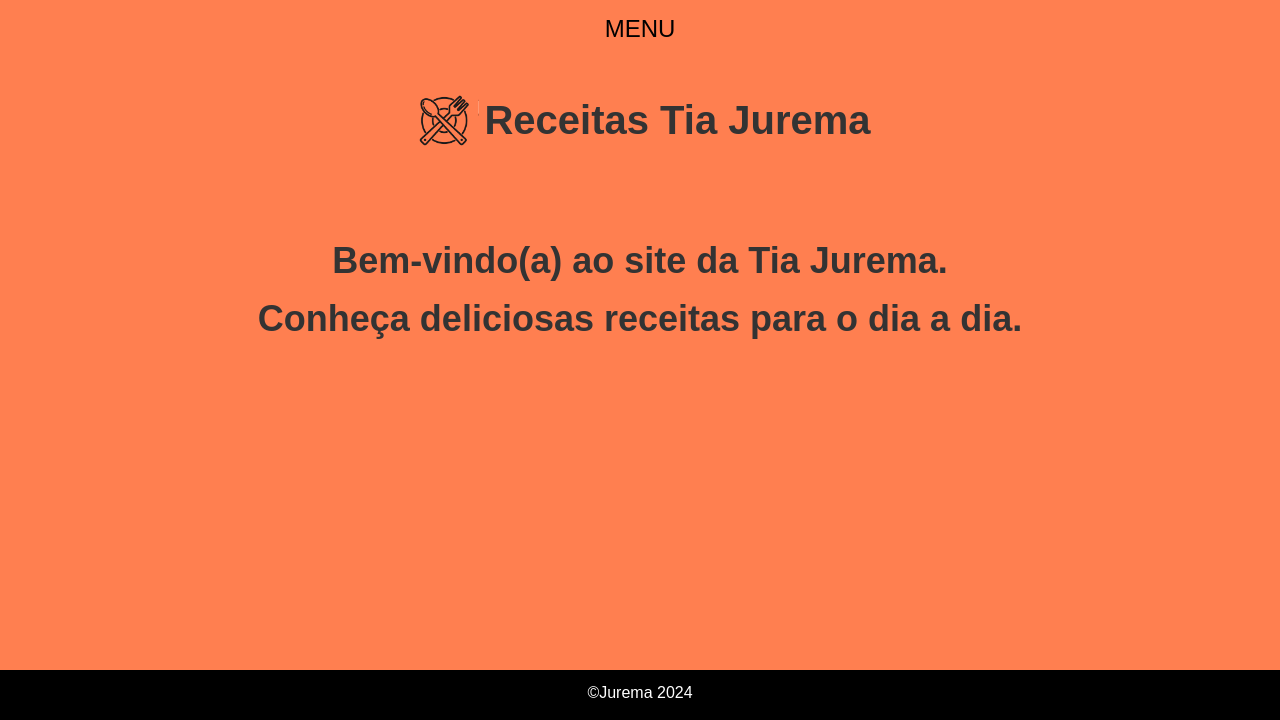
Repository: devropaes/RECEITAS
Page: OneDrive/Área de Trabalho/Estudos/Estácio/receitas/home.html
An editor plug-in stored every save of this project. The page is shown before and after the next save, followed by the edit.
The browser window is 1280 px wide. The pictures show the whole page.
Some web libraries are served in a nearby version.

Above is the page before, as saved 2024-03-15 09:48:48.

After the next save:
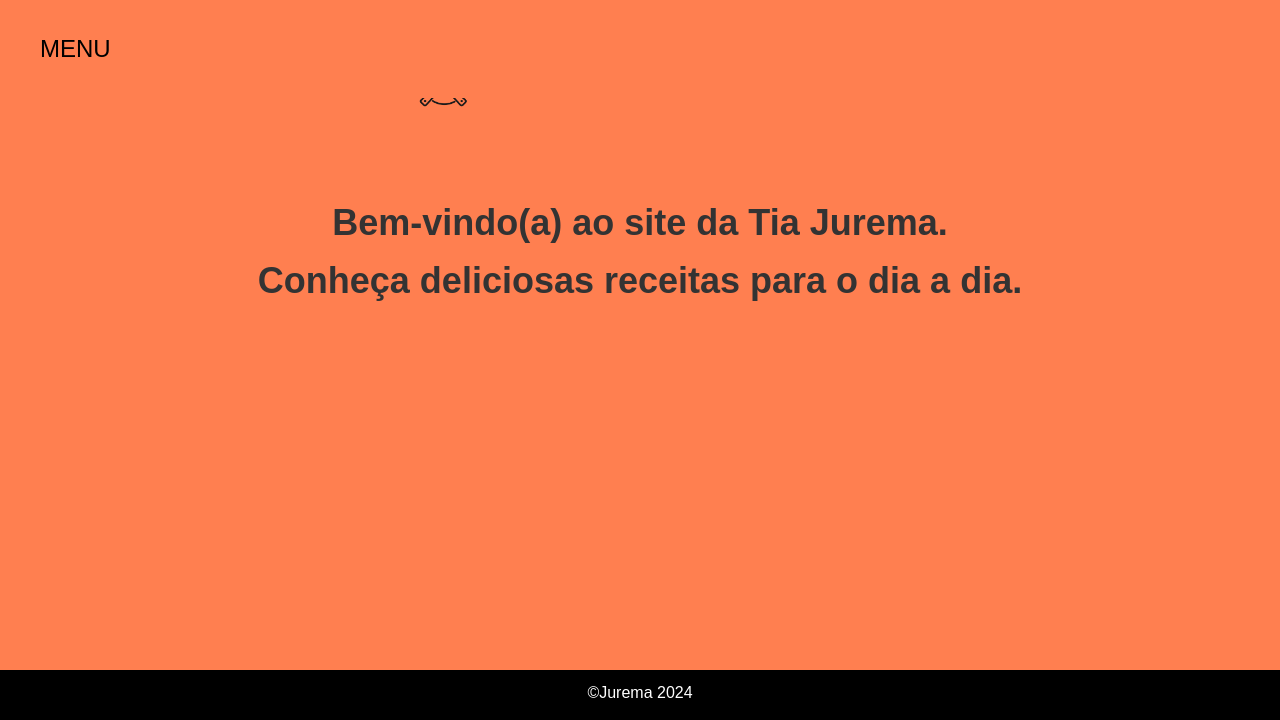
Saved 86 s later.
--- a/OneDrive/Área de Trabalho/Estudos/Estácio/receitas/home.html
+++ b/OneDrive/Área de Trabalho/Estudos/Estácio/receitas/home.html
@@ -10,12 +10,17 @@
 
     <title>MENU</title>
 
- </head>
-<body>
-  <ul class="navlist">
-      <l><a href="home.html"> MENU </l></a>
- </ul>
-</body>
+    <body>
+      <div class="page-container">
+        <header>
+            <nav>
+                <div class="page-container"></div>
+      <ul class="navlist">
+          <li><a href="home.html">MENU</a></li>
+
+     </ul>
+            </nav>
+        </header>
 
   <main class="content">
       <div class="logo-container">
